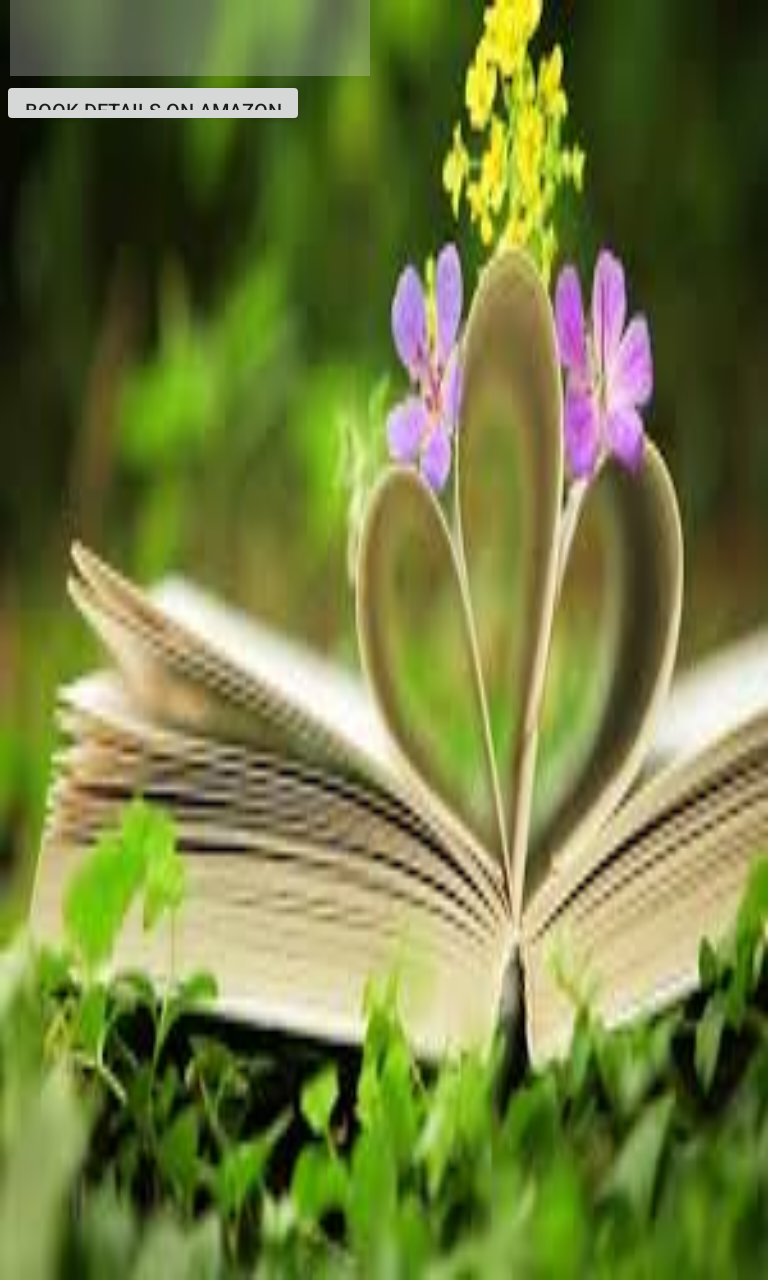
Repository: arianaantonio/MDF3_Antonio
Layout: Readable/res/layout/widget_layout.xml
These files come from the project's save history. The layout is drawn as it stood at one moment and after the next save; the edit follows.
It is drawn on a 768 x 1280 px phone screen (xhdpi) without system bars, with theme AppTheme; the app's code is not run.

Above is the layout before, as saved 2014-08-21 02:49:46.

### Readable/res/layout/widget_layout.xml
<?xml version="1.0" encoding="utf-8"?>
<FrameLayout xmlns:android="http://schemas.android.com/apk/res/android"
    xmlns:tools="http://schemas.android.com/tools"
    android:layout_width="match_parent"
    android:layout_height="match_parent"
    android:padding="@dimen/widget_margin"
    android:orientation="vertical"
    android:background="@drawable/images" >

    <LinearLayout
        android:layout_width="match_parent"
        android:layout_height="match_parent"

        android:orientation="vertical"
        tools:ignore="UselessParent"
         android:background="@drawable/images" >

        <TextView
            android:id="@+id/nextBookTitle"
            android:layout_width="180dp"
            android:layout_height="wrap_content"
            android:layout_marginLeft="5dp"
            android:background="@color/lightgrey"
            android:gravity="left"
            android:text=""
            android:textColor="@color/black" >

        </TextView>

        <TextView
            android:id="@+id/nextBook"
            android:layout_width="180dp"
            android:layout_height="wrap_content"
            android:gravity="left"
            android:background="@color/lightgrey"
            android:text=""
            android:textColor="@color/black"
            android:layout_marginLeft="5dp" >
        </TextView>

        <Button
            android:id="@+id/button1"
            android:layout_width="wrap_content"
            android:layout_height="27dp"
            android:text="@string/widget_button"
            android:textSize="10sp" />

    </LinearLayout>

</FrameLayout>

### Readable/res/values/strings.xml
<?xml version="1.0" encoding="utf-8"?>
<resources>

    <string name="app_name">Readable</string>
    <string name="username">Enter Your Name:</string>
    <string name="nextBook">Next Book:</string>
    <color name="lavender">#50cba1e6</color>
    <string name="backgroundColor">Choose A Book Text Color:</string>
    <string name="button">Save Settings</string>
    <dimen name="widget_margin">8dp</dimen>
    <string name="widget_button">Book Details On Amazon</string>
    <string name="detailactivity">Book Details</string>
    <color name="black">#000000</color>
    <string name="name">Enter Name</string>
    <color name="lightgrey">#50D3D3D3</color>

</resources>

Loaded but not shown: Readable/res/values/styles.xml (common file); Readable/res/values-v11/styles.xml (common file); Readable/res/values-v14/styles.xml (common file)

After the next save:
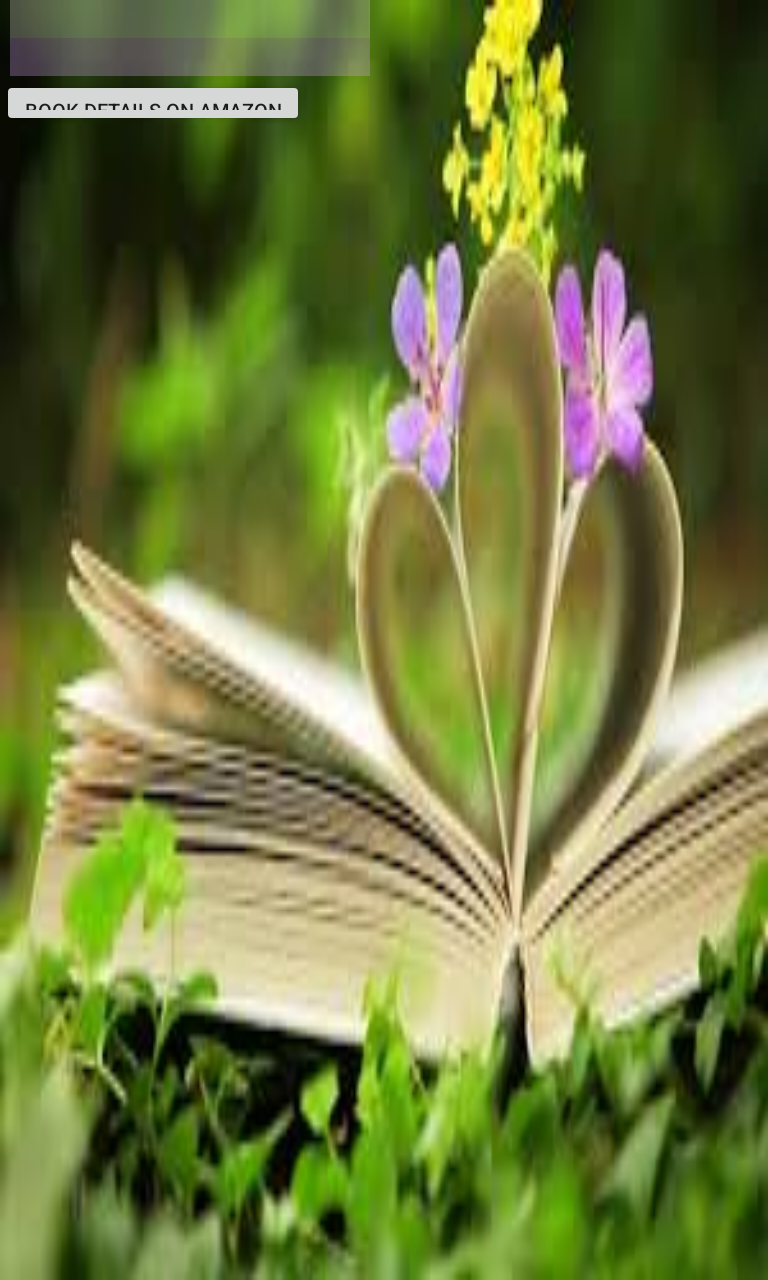
Saved 16 s later.
--- a/Readable/res/layout/widget_layout.xml
+++ b/Readable/res/layout/widget_layout.xml
@@ -32,7 +32,7 @@
             android:layout_width="180dp"
             android:layout_height="wrap_content"
             android:gravity="left"
-            android:background="@color/lightgrey"
+            android:background="@color/lavender"
             android:text=""
             android:textColor="@color/black"
             android:layout_marginLeft="5dp" >
